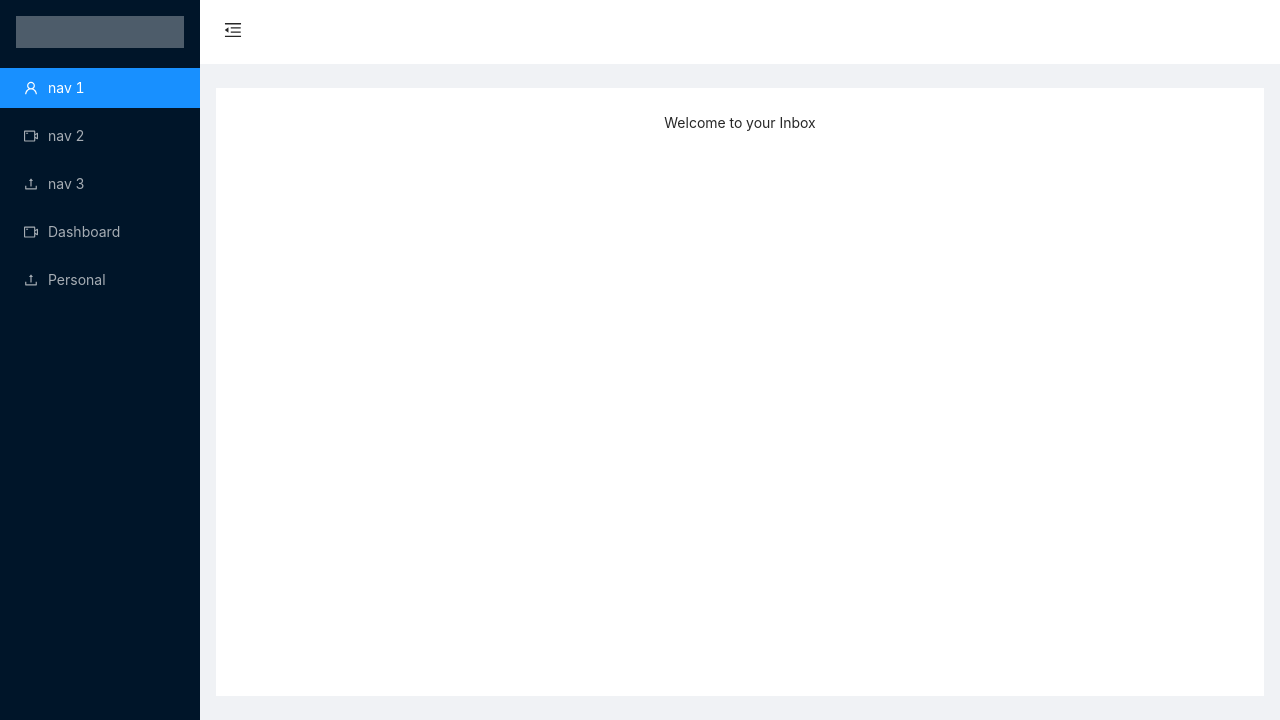
Repository: DallenCat/react-test
Page: /
The author's editor kept a copy of each file at every save. The page is drawn from the files as they stood at one save, then again after the next save.
The browser window is 1280 px wide. The pictures show the whole page.
The project was rebuilt for these pictures with package versions that can differ from the ones it lists, and the page was loaded fresh each time. Also part of the build but not shown: src/containers/dashboard/index.js, src/containers/personal/index.js, src/routes/index.js.

Above is the page before, as saved 2021-10-27 14:03:02.

### src/App.js

import './App.css';
import routes from './routes';
import { BrowserRouter as Router } from 'react-router-dom';
import SiderDemo from "@/components/layout/index.js"
function App() {
  return (
    <div className="App">
      <SiderDemo >

      </SiderDemo>
    </div>
  );
}
export default App;

### src/App.css
@import '~antd/dist/antd.css';

.App {
  text-align: center;
}

.App-logo {
  height: 40vmin;
  pointer-events: none;
}

@media (prefers-reduced-motion: no-preference) {
  .App-logo {
    animation: App-logo-spin infinite 20s linear;
  }
}

.App-header {
  background-color: #282c34;
  min-height: 100vh;
  display: flex;
  flex-direction: column;
  align-items: center;
  justify-content: center;
  font-size: calc(10px + 2vmin);
  color: white;
}

.App-link {
  color: #61dafb;
}

@keyframes App-logo-spin {
  from {
    transform: rotate(0deg);
  }

  to {
    transform: rotate(360deg);
  }
}

### src/components/layout/index.js
/*
 * @Descripttion:
 * @version:
 * @Author: dal
 * @Date: 2021-10-27 09:54:26
 * @LastEditors: dal
 * @LastEditTime: 2021-10-27 13:38:46
 */
import React from "react"
import { Layout, Menu } from 'antd';
// 首先我们需要导入一些组件...
import { Link, BrowserRouter } from 'react-router-dom'
import "./index.css"
import {
  MenuUnfoldOutlined,
  MenuFoldOutlined,
  UserOutlined,
  VideoCameraOutlined,
  UploadOutlined,
} from '@ant-design/icons';

const { Header, Sider, Content } = Layout;

class SiderDemo extends React.Component {
  state = {
    collapsed: false,
  };

  toggle = () => {
    this.setState({
      collapsed: !this.state.collapsed,
    });
  };

  render() {
    console.log(this.props.children)
    return (
      <Layout id="components-layout-demo-custom-trigger">
        <Sider trigger={null} collapsible collapsed={this.state.collapsed}>
          <div className="logo" />
          <BrowserRouter>
            <Menu theme="dark" mode="inline" defaultSelectedKeys={['1']}>
              <Menu.Item key="1" icon={<UserOutlined />}>
                nav 1
              </Menu.Item>
              <Menu.Item key="2" icon={<VideoCameraOutlined />}>
                nav 2
              </Menu.Item>
              <Menu.Item key="3" icon={<UploadOutlined />}>
                nav 3
              </Menu.Item>
              <Menu.Item key="4" icon={<VideoCameraOutlined />}>
                <Link to="dashboard">Dashboard </Link>
              </Menu.Item>
              <Menu.Item key="5" icon={<UploadOutlined />}>
                <Link to="personal">Personal </Link>
              </Menu.Item>
            </Menu>
          </BrowserRouter>
        </Sider>
        <Layout className="site-layout">
          <Header className="site-layout-background">
            {React.createElement(this.state.collapsed ? MenuUnfoldOutlined : MenuFoldOutlined, {
              className: 'trigger',
              onClick: this.toggle,
            })}
          </Header>
          <Content
            className="site-layout-background"
            style={{
              margin: '24px 16px',
              padding: 24,
              minHeight: 280,
            }}
          >
            {this.props.children || "Welcome to your Inbox"}
          </Content>
        </Layout>
      </Layout>
    );
  }
}

export default SiderDemo;

### src/components/layout/index.css
.ant-layout {
  height: 100vh;
}

.ant-layout-header {
  text-align: left;
  padding: 0;
}

#components-layout-demo-custom-trigger .trigger {
  padding: 0 24px;
  font-size: 18px;
  line-height: 64px;
  cursor: pointer;
  transition: color 0.3s;
}

#components-layout-demo-custom-trigger .trigger:hover {
  color: #1890ff;
}

#components-layout-demo-custom-trigger .logo {
  height: 32px;
  margin: 16px;
  background: rgba(255, 255, 255, 0.3);
}

.site-layout .site-layout-background {
  background: #fff;
}

Loaded but not shown: public/index.html (common file); src/index.js (common file); src/index.css (common file); src/reportWebVitals.js (common file)

After the next save:
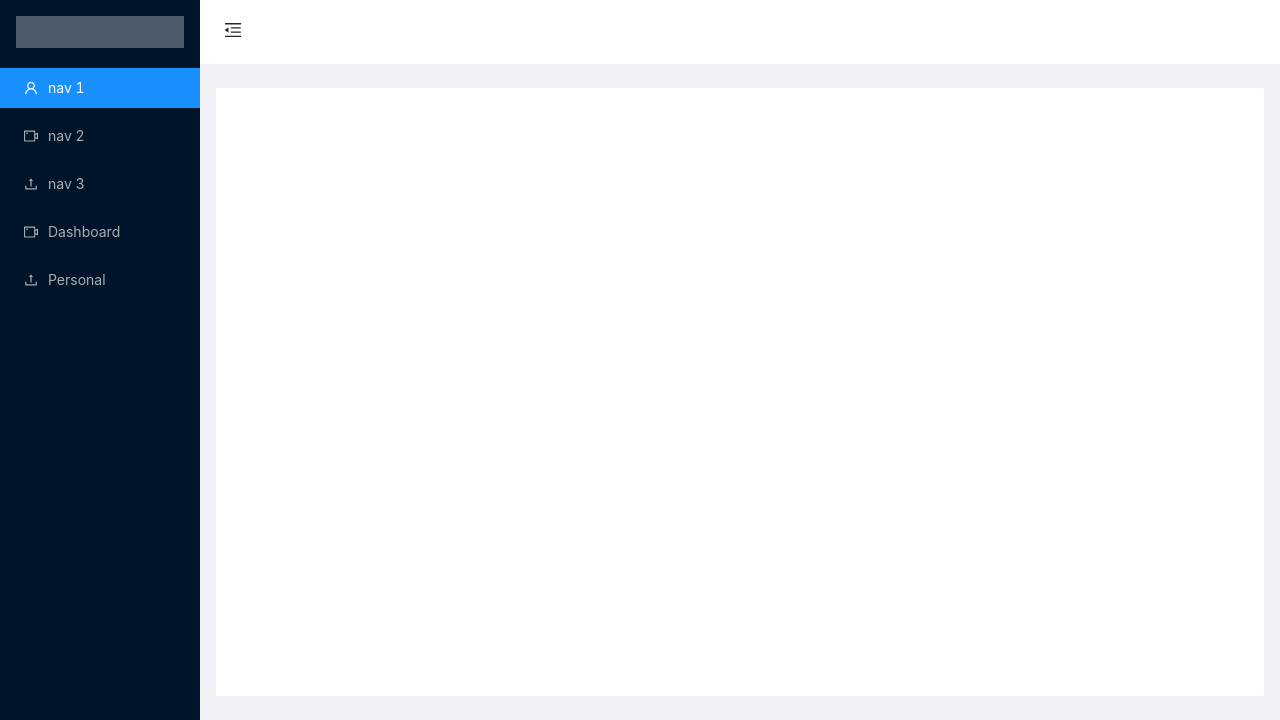
Saved 36 s later.
--- a/src/App.js
+++ b/src/App.js
@@ -7,7 +7,7 @@
   return (
     <div className="App">
       <SiderDemo >
-
+        <routes />
       </SiderDemo>
     </div>
   );

After the 2 saves that followed:
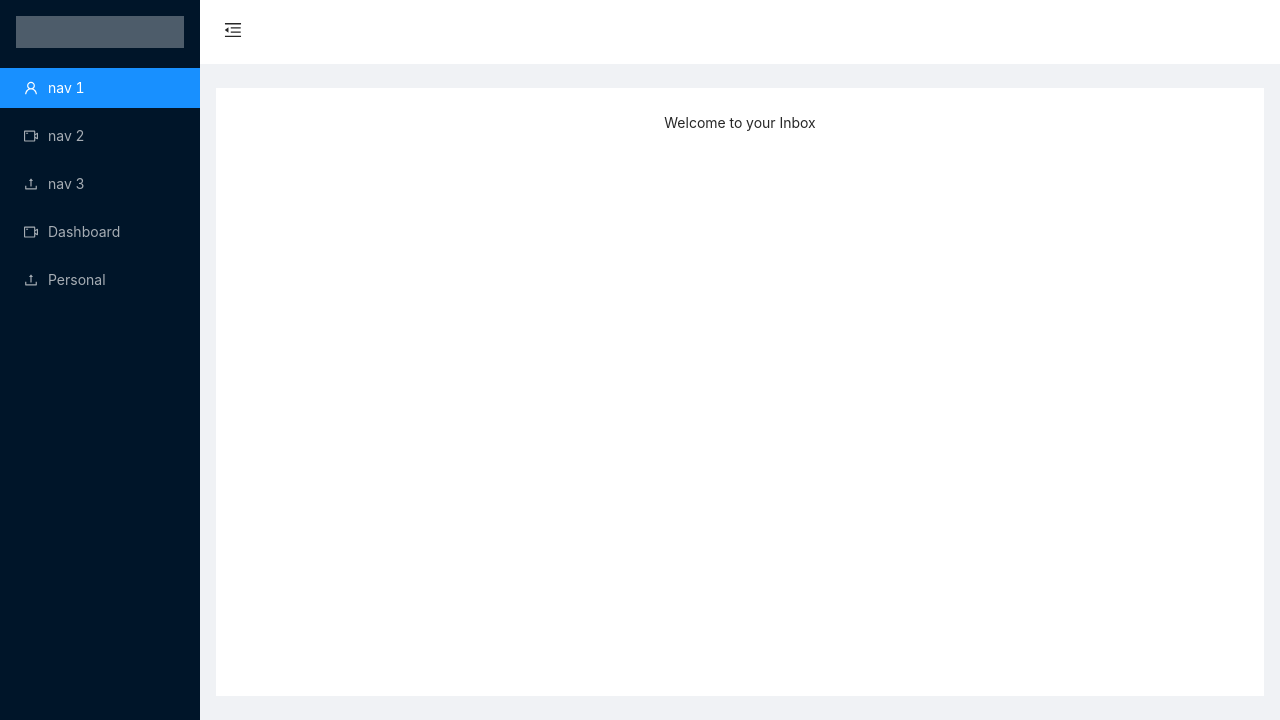
The 2 saves are shown as one change because 1 left the picture as it was.
The last was saved 32 s later.
--- a/src/App.js
+++ b/src/App.js
@@ -7,7 +7,6 @@
   return (
     <div className="App">
       <SiderDemo >
-        <routes />
       </SiderDemo>
     </div>
   );
